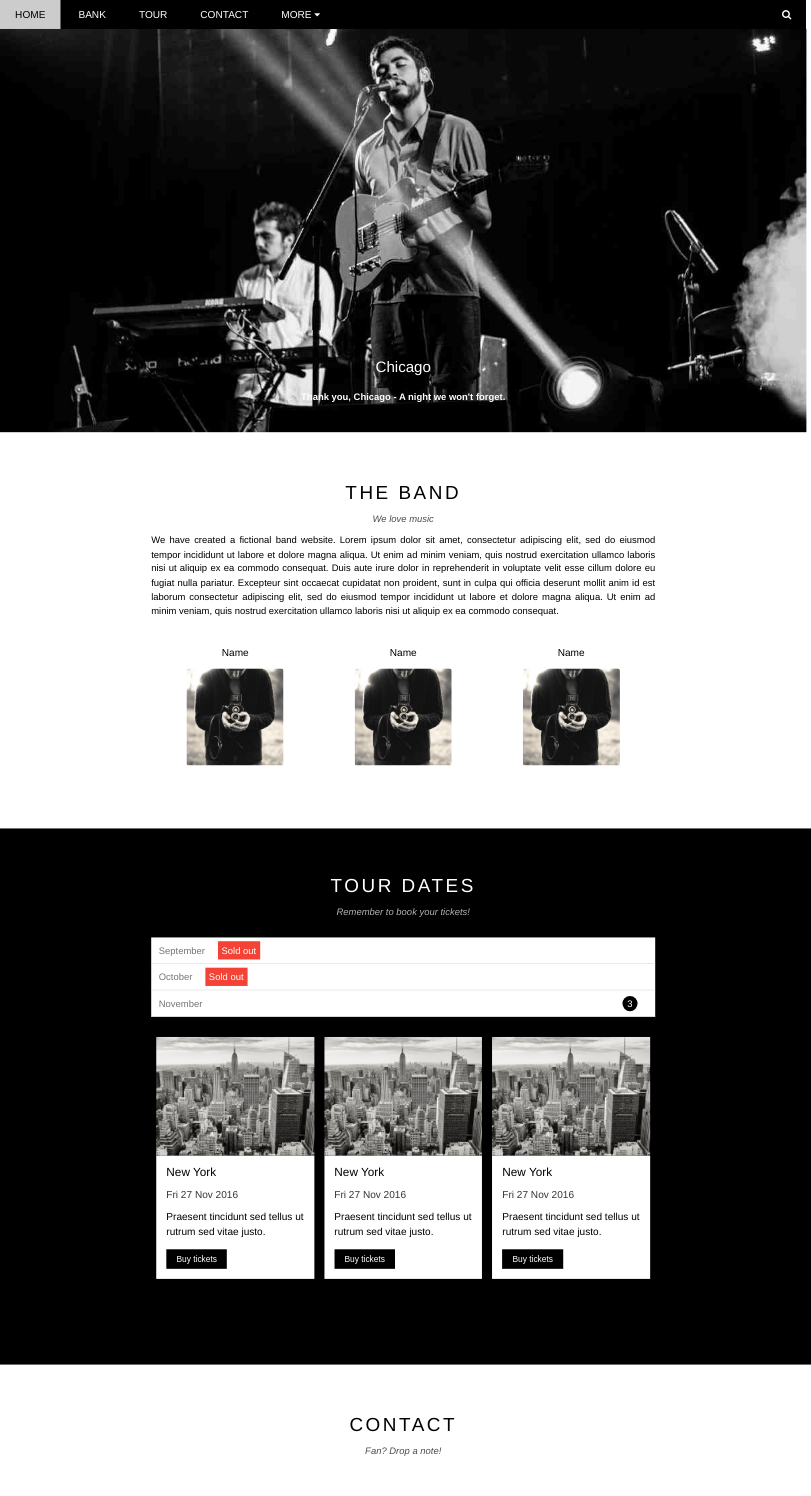
Repository: vuongtm1999/TheBand_W3School
Page: index.html
The author's editor kept a copy of each file at every save. The page is drawn from the files as they stood at one save, then again after the next save.
The browser window is 1280 px wide. The page is 1288 px wide, then 1280 px, so the pictures cover 1288 px, including what lies to the right of the window. The pictures show the whole page, at 63% of full size.

Above is the page before, as saved 2022-08-28 09:12:34.

### index.html
<!DOCTYPE html>
<html lang="en">
<head>
    <meta charset="UTF-8">
    <meta http-equiv="X-UA-Compatible" content="IE=edge">
    <meta name="viewport" content="width=device-width, initial-scale=1.0">
    <title>Document</title>
    <link rel="stylesheet" href="./assets/css/style.css">
    <link rel="stylesheet" href="https://cdnjs.cloudflare.com/ajax/libs/font-awesome/4.7.0/css/font-awesome.min.css">

</head>
<body>
        <div id="header">
            <!-- begin: nav -->
            <ul id="nav">
                <li><a href="#">Home</a></li>
                <li><a href="#">Bank</a></li>
                <li><a href="#">Tour</a></li>
                <li><a href="#">Contact</a></li>
                <li>
                    <a href="#">More <i style="font-size: 15px;" class="fa fa-caret-down"></i></a>
                    <ul class="subnav">
                        <li><a href="#">Merchandise</a></li>
                        <li><a href="#">Extras</a></li>
                        <li><a href="#">Media</a></li>
                    </ul>
                </li>
            </ul>
            <!-- end: nav -->

            <!-- begin: search button -->
            <div class="search-button">
                <i class="fa fa-search"></i>
            </div>
            <!-- end: search button -->
        </div>

        <div id="slider">
            <div class="text-content">
                <div class="container">
                    <h3 class=text-heading>
                        Chicago
                    </h3>
                    <div class="text-description">
                        Thank you, Chicago - A night we won't forget.
                    </div>
                </div>
            </div>
        </div>

        <div id="content">
            <!-- about section -->
            <div class="content-section">
                <h2 class="section-heading">THE BAND</h2>
                <p class="section-sub-heading">We love music</p>
                <p class="section-about-text">We have created a fictional band website. Lorem ipsum dolor sit amet, consectetur adipiscing elit, sed do eiusmod tempor incididunt ut labore et dolore magna aliqua. Ut enim ad minim veniam, quis nostrud exercitation ullamco laboris nisi ut aliquip ex ea commodo consequat. Duis aute irure dolor in reprehenderit in voluptate velit esse cillum dolore eu fugiat nulla pariatur. Excepteur sint occaecat cupidatat non proident, sunt in culpa qui officia deserunt mollit anim id est laborum consectetur adipiscing elit, sed do eiusmod tempor incididunt ut labore et dolore magna aliqua. Ut enim ad minim veniam, quis nostrud exercitation ullamco laboris nisi ut aliquip ex ea commodo consequat.</p>

                <div class="member-list">

                    <div class="member-item">
                        <p class="member-name">Name</p>
                        <img class="member-image" src="assets/img/bandmember.jpg" alt="member">
                    </div>

                    <div class="member-item">
                        <p class="member-name">Name</p>
                        <img class="member-image" src="assets/img/bandmember.jpg" alt="member">
                    </div>

                    <div class="member-item">
                        <p class="member-name">Name</p>
                        <img class="member-image" src="assets/img/bandmember.jpg" alt="member">
                    </div>

                    <div class="clearFloat"></div>
                </div>
            </div>

            <!-- TOUR DATES section -->
            <div class="row tour-section">
                <div class="content-section">
                    <h2 class="section-heading">TOUR DATES</h2>
                    <p class="section-sub-heading">Remember to book your tickets!</p>

                    <br>

                    <ul class="ticket-list">
                        <li>September <span class="soldout">Sold out</span></li>
                        <li>October <span class="soldout">Sold out</span></li>
                        <li>November <span class="quantity">3</span></li>
                    </ul>

                    <div class="place-ticket">

                        <div class="place-item">
                            <img src="assets/img/place/newyork.jpg" alt="img-ticket" class="place-img">
                            <div class="place-body">
                                <h3 class="place-city">New York</h3>
                                <p class="place-time">Fri 27 Nov 2016</p>
                                <p class="place-description">Praesent tincidunt sed tellus ut rutrum sed vitae justo.</p>
                                <button class="place-buy-tickets js-buy-ticket">Buy tickets</button>
                            </div>
                        </div>

                        <div class="place-item">
                            <img src="assets/img/place/newyork.jpg" alt="img-ticket" class="place-img">
                            <div class="place-body">
                                <h3 class="place-city">New York</h3>
                                <p class="place-time">Fri 27 Nov 2016</p>
                                <p class="place-description">Praesent tincidunt sed tellus ut rutrum sed vitae justo.</p>
                                <button class="place-buy-tickets js-buy-ticket">Buy tickets</button>
                            </div>
                        </div>

                        <div class="place-item">
                            <img src="assets/img/place/newyork.jpg" alt="img-ticket" class="place-img">
                            <div class="place-body">
                                <h3 class="place-city">New York</h3>
                                <p class="place-time">Fri 27 Nov 2016</p>
                                <p class="place-description">Praesent tincidunt sed tellus ut rutrum sed vitae justo.</p>
                                <button class="place-buy-tickets js-buy-ticket">Buy tickets</button>
                            </div>
                        </div>

                        <div class="clearFloat"></div>
                    </div>
                </div>
            </div>



            <!-- CONTACT section -->
            <div class="content-section">
                <h2 class="section-heading">CONTACT</h2>
                <p class="section-sub-heading">Fan? Drop a note!</p>
            </div>

        </div>

        <!-- Modal dialog -->
        <div class="modal js-modal">
            <div class="modal-container js-modal-container">
                <i class="fa fa-times close-icon js-close-icon" aria-hidden="true"></i>
                <header class="modal-header">
                    <i class="fa fa-suitcase mr-5"></i>
                     Tickets
                </header>
                <div class="modal-body">
                    <label for="quantity-sticket" class="modal-label">
                        <i class="fa fa-shopping-cart" aria-hidden="true"></i>
                        Tickets, $15 per person
                    </label>
                    <input type="text" id="quantity-sticket" class="quantity-sticketet" placeholder="How many?">

                    <label for="send-to-sticket" class="modal-label">
                        <i class="fa fa-user" aria-hidden="true"></i>
                        Send to
                    </label>
                    <input type="text" id="send-to-sticket" class="send-to-sticket" placeholder="Enter email" class=placeholder="Enter email">

                    <button id="btn-pay" class="btn-pay">PAY <i class="fa fa-check" aria-hidden="true"></i></button>
                </div>

                <div class="modal-footer">
                    <button class="btn-close js-close-btn">Close <i class="fa fa-times" aria-hidden="true"></i></button>

                    <div class="modal-text-help">Need <a href="#" id="btn-help">help?</a></div>
                </div>
            </div>
        </div>

        <div id="footer">

        </div>
    </div>

    <script>
        const buyBtns = document.querySelectorAll('.js-buy-ticket');
        const modal = document.querySelector('.js-modal');
        const closeBtn = document.querySelector('.js-close-btn');
        const closeIcon = document.querySelector('.js-close-icon');
        const modalContainer = document.querySelector('.js-modal-container');

        function showTicketDialog(){
            modal.classList.add('modal-open')
        }

        function hideTicketDialog(){
            modal.classList.remove('modal-open')
        }

        for(const buyBtn of buyBtns){
            buyBtn.addEventListener('click', showTicketDialog);
        }

        closeBtn.addEventListener('click', hideTicketDialog);
        closeIcon.addEventListener('click', hideTicketDialog);

        //Dong khi click ra ngoai modal
        modal.addEventListener('click', hideTicketDialog);
        modalContainer.addEventListener('click', function(even) {
            even.stopPropagation()
        });

        // buyBtns.forEach(function (buyBtn) {
        //     buyBtn.addEventListener('click', showTicketDialog())
        // })
    </script>
</body>
</html>

### assets/css/style.css
/* reset CSS */
* {
    margin: 0;
    padding: 0;
    box-sizing: border-box;
}

html {
    font-family: Helvetica, Arial, sans-serif;
}

#nav, .subnav, li{
    list-style-type: none;
}

#nav{
    display: inline-block;
}

/* Common */
.clearFloat{
    /* Khac phuc khi dung float :left */
    clear: both;
}

.row{
    margin-left: -8px;
    margin-right: -8px;
}

.col{
    float: left;
    padding-left: 8px;
    padding-right: 8px;
}

.col-half{
    width: 50%;
}

.col-third{
    width: 33.3333%;
}

.text-center{
    text-align: center;
}

/*
Nguyen tac lam viec
1. Vi tri
2. Kich thuoc
3. Mau sac
4. Kieu dang (kieu chu, hinh tron hay hinh vuong,...)
*/

/*
Tu ngoai vao trong
Tu tren xuong duoi
TU tong quan den chi tiet
 */

#main {}

#header {
    position: fixed;
    z-index: 1;
    height: 46px;
    background-color: #000;
    color: #fff;
    top: 0;
    left: 0;
    right: 0;
}

#nav li {
    text-decoration: none;
    line-height: 46px;
}

a{
    text-decoration: none;
}

#nav > li > a {
    /* display: inline-block; */
    padding: 0px 24px;
    color: #ffffff;
    text-transform: uppercase;
}

#nav > li {
    display: inline-block;
}

#nav li:last-child {
    position: relative;
}

#nav .subnav {
    background-color: #fff;
    position: absolute;
    display: none;
    top: 100%;
    left: 0;
    box-shadow:  0px 0px 10px rgba(0, 0, 0, 0.3);
    min-width: 160px;
}

#nav .subnav a{
    color: #000;
    padding: 0px 12px;
    line-height: 30px;
    display: inline-block;
    width: 100%;
}

#nav .subnav li:hover,
#nav > li:hover > a {
    color: #000;
    background-color: #ccc;
    display: block;
}

#nav > li:last-child:hover .subnav{
    display: block;
}

/* search btn */
#header .search-button{
    float: right;
    line-height: 46px;
    padding: 0 24px;
}

#header .search-button:hover{
    background-color: #f44336;
    cursor: pointer;
}

#slider {
    /* background-color: rgb(27, 22, 22); */
    margin-top: 46px;
/* padding-top bang 50% chieu rong cua thanh phan do */
    padding-top: 50%;
    position: relative;
    background: url("/assets/img/chicago.jpg") top center / cover no-repeat;
}

#slider .text-content{
    position: absolute;
    color: white;
    bottom: 48px;

    /* cach 1 */
    /* left: 50%;
    transform: translateX(-50%); */
    /* cach 2 */
    /* left: 0;
    right: 0; */
    /* cach 3 */
    width: 100%;
    text-align: center;
}

.text-heading{
    font-size: 24px;
    font-weight: 400;
}

.text-description{
    margin-top: 25px;
    font-weight: bolder;
    font-size: 15px;
}

#content .content-section{
    width: 800px;
    padding: 64px 0;
    margin-left: auto;
    margin-right: auto;
}

.content-section .section-heading,
.content-section .section-about-text{
    margin: 15px 0px;
}

.content-section .section-heading,
.content-section .section-sub-heading{
    text-align: center;
}

.content-section .section-sub-heading{
    font-size: 15px;
    opacity: 0.7;
    font-style: italic;
}

.content-section .section-heading{
    font-size: 30px;
    font-weight: 500;
    letter-spacing: 4px;
}

.content-section .section-about-text{
    /* line-height khong co px */
    line-height: 1.5;
    font-size: 15px;
    text-align: justify;
}

.content-section .member-item{
    float: left;
    width: calc(100%/3);

    /* width: 33.333%; */
}

.content-section .member-list{
    margin: 32px 0;
    text-align: center;

    /* Khac phuc khi dung float :left */
    /* overflow: hidden; */
}

.content-section .member-name{
    /* text-align: center; */
}

.content-section .member-name{
    margin: 15px 0;
}

.content-section .member-image{
    width: 154px;
    border-radius: 4px;
}

/* Tour section */
.tour-section{
    background-color: #000;
    min-height: 851px;
}

/*  begin: tour section */
.tour-section .section-heading,
.tour-section .section-sub-heading{
    color: white !important;
}

.tour-section .section-heading{
    margin: 10px 0;
}

.tour-section .section-sub-heading{
    margin: 15px 0;
}

.ticket-list{
    background-color: white;
}

.ticket-list > li{
    font-size: 15px;
    padding: 12px;
    border-bottom: 1px solid #ddd;
    color: #757575;
}

.soldout{
    background-color: #f44336;
    padding: 6px;
    margin-left: 16px;
    color: #fff;
}

.quantity{
    float: right;
    margin-right: 16px;
    background-color: #000;
    width: 24px;
    height: 24px;
    border-radius: 50%;
    color: white;
    text-align: center;
    line-height: 24px;
    margin-top: -3px;
}

/* place-ticket */
.place-ticket{
    padding-top: 32px;
}

.place-item{
    float: left;
    width: 33.3333%;
    padding: 0 8px;
}

.place-img{
    width: 100%;
    display: block;
}

.place-img:hover{
    opacity: 0.7;
}

.place-body{
    background-color: white;
    color: rgb(1, 1, 1);
    padding: 16px;
}

.place-city{
    font-weight: 550;
}

.place-time{
    opacity: 0.8;
    margin: 15px 0;
}

.place-description{
    margin: 15px 0;
    line-height: 1.5;
}

.place-buy-tickets{
    background-color: #000;
    padding: 8px 16px;
    color: white;
    display: inline-block;
    border: none;
}

.place-buy-tickets:hover{
    background-color: #ccc;
    color: #000;
}

/* modal dialog */
.modal{
    position: fixed;
    background-color: rgba(0, 0, 0, 0.3);
    top: 0;
    left: 0;
    right: 0;
    bottom: 0;

    /* display: flex; */
    align-items: center;
    justify-content: center;

    display: none;
}

.modal-open{
    display: flex !important;
}

.modal-container{
    background-color: #fff;
    width: 900px;
    min-height: 473px;
    position: relative;

    /* reponsive */
    max-width: calc(100% - 32px);
}

.modal-header {
    height: 129px;
    background-color: #009688;
    display: flex;
    align-items: center;
    justify-content: center;
    letter-spacing: 4px;
    font-weight: 400;
    font-size: 30px;
    color: #fff;
}

.mr-5{
    margin-right: 16px;
}
.close-icon{
    position: absolute;
    top: 0;
    right: 0;
    padding: 12px;
    color: #fff;
}

.close-icon:hover{
    background-color: #ccc;
    color: #000
}

.modal-body {
    padding: 0 16px;
}

.modal-label{
    display: block;
    margin: 18px 0 8px 0;
}

.quantity-sticketet,
.send-to-sticket{
    border: 1px solid #ccc;
    padding: 8px;
    font-size: 15px;
    width: 100%;
}

.btn-pay{
    margin: 16px 0;
    width: 100%;
    background-color: #009688;
    padding: 18px;
    color: #fff;
    border: none;
    font-size: 15px;
    text-transform: uppercase;
}

.btn-pay:hover{
    background-color: #ccc;
    color: #000;
    cursor: pointer;
}

.modal-footer{
    padding: 0 18px;
    margin: 16px 0;
}

.modal-text-help{
    float: right;
}

.btn-close{
    padding: 12px 16px;
    font-size: 15px;
    color: #fff;
    background-color: #f44336;
    border: none;
}

.btn-close:hover{
    cursor: pointer;
    background-color: #ccc;
    color: #000;
}

#btn-help{
    text-decoration: underline !important;
    color: #2196F3;
}



#container {
    /* height: 500px;
    background-color: #ccc; */
}

#content {}

#footer {}

After the next save:
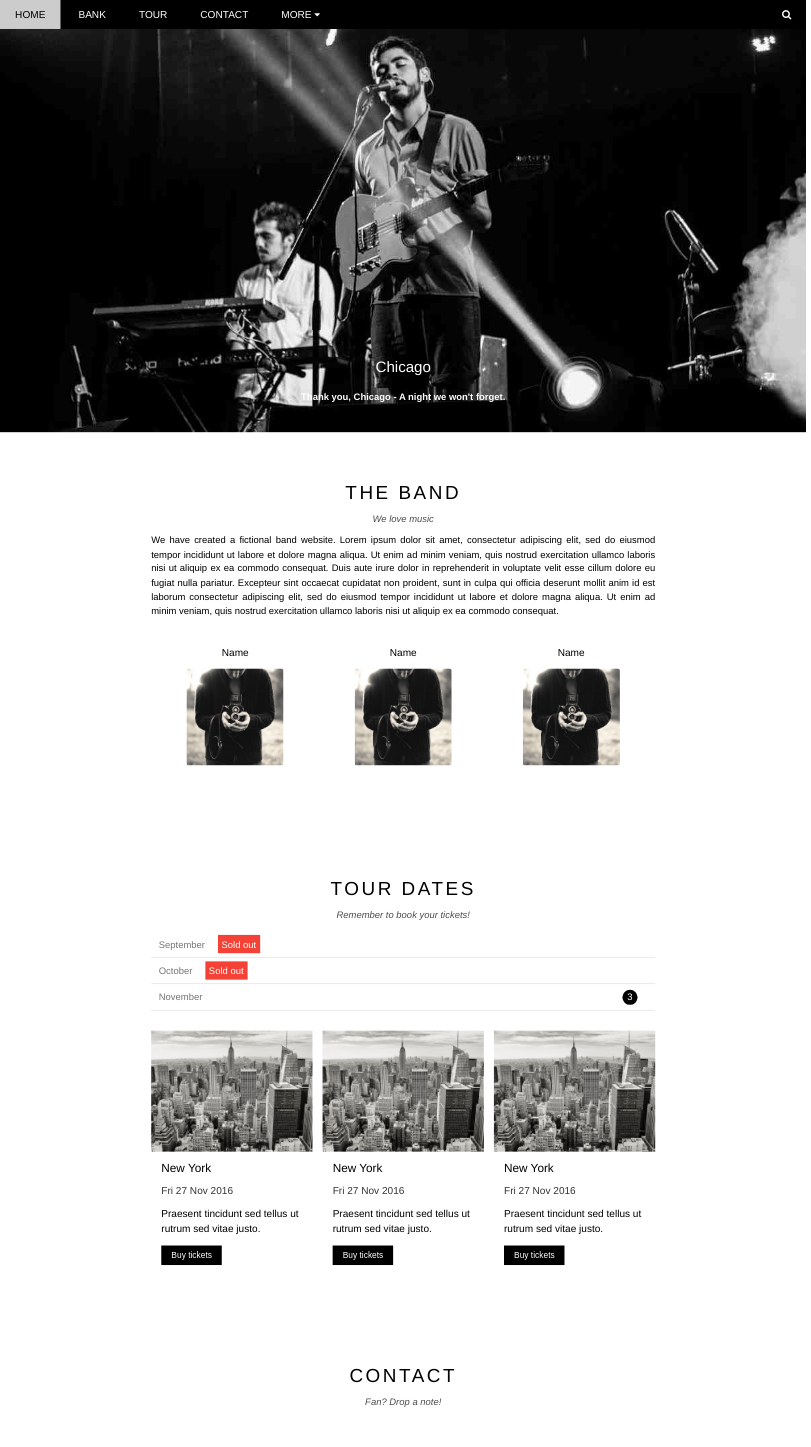
Saved 8 s later.
--- a/index.html
+++ b/index.html
@@ -77,7 +77,7 @@
             </div>
 
             <!-- TOUR DATES section -->
-            <div class="row tour-section">
+            <div class="rowtour-section">
                 <div class="content-section">
                     <h2 class="section-heading">TOUR DATES</h2>
                     <p class="section-sub-heading">Remember to book your tickets!</p>
@@ -90,7 +90,7 @@
                         <li>November <span class="quantity">3</span></li>
                     </ul>
 
-                    <div class="place-ticket">
+                    <div class="row place-ticket">
 
                         <div class="place-item">
                             <img src="assets/img/place/newyork.jpg" alt="img-ticket" class="place-img">
